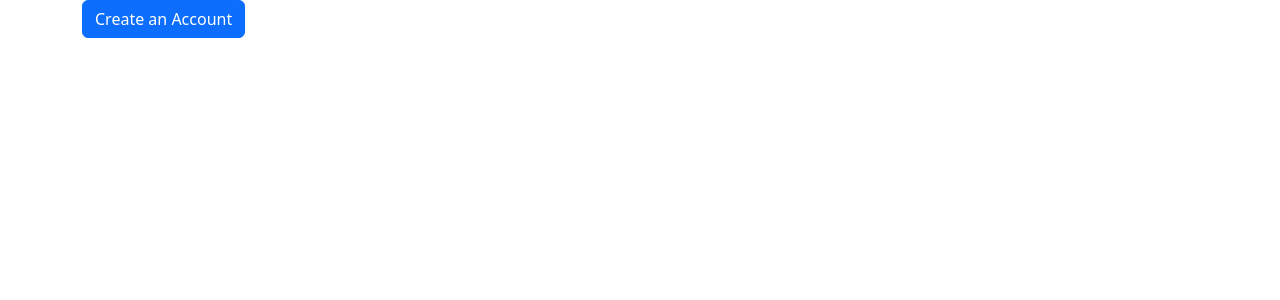
Repository: Ndifoinhilary/django_referrals_system
Page: http://localhost/
An editor plug-in stored every save of this project. The page is shown before and after the next save, followed by the edit.
The browser window is 1280 px wide. The pictures show the whole page.
The page is served by the project's application, run on Django 3.2 (manage.py). Queries for data that is not in the repository find no rows.

Above is the page before, as saved 2024-01-09 23:50:56.

After the next save:
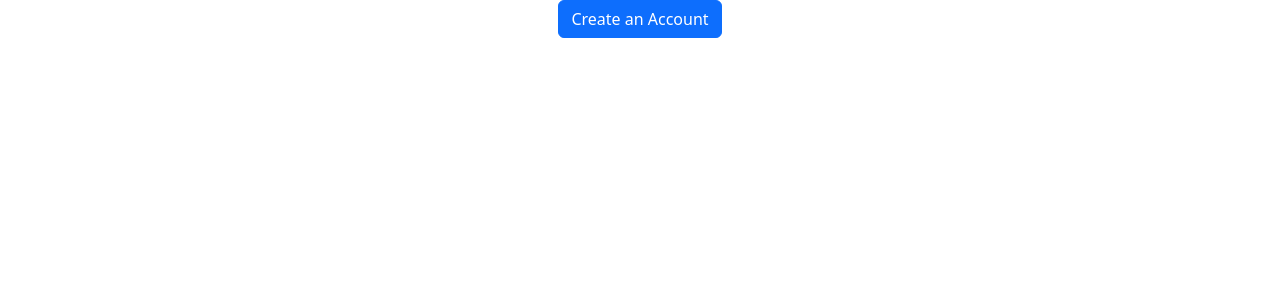
Saved 79 s later.
--- a/referrals/templates/main.html
+++ b/referrals/templates/main.html
@@ -3,7 +3,7 @@
 
 
 {% block content %}
-<div class="container m-autor">
+<div class="container text-center">
     {% if request.user.is_authenticated %}
     {{user.username}}
     {% else %}
